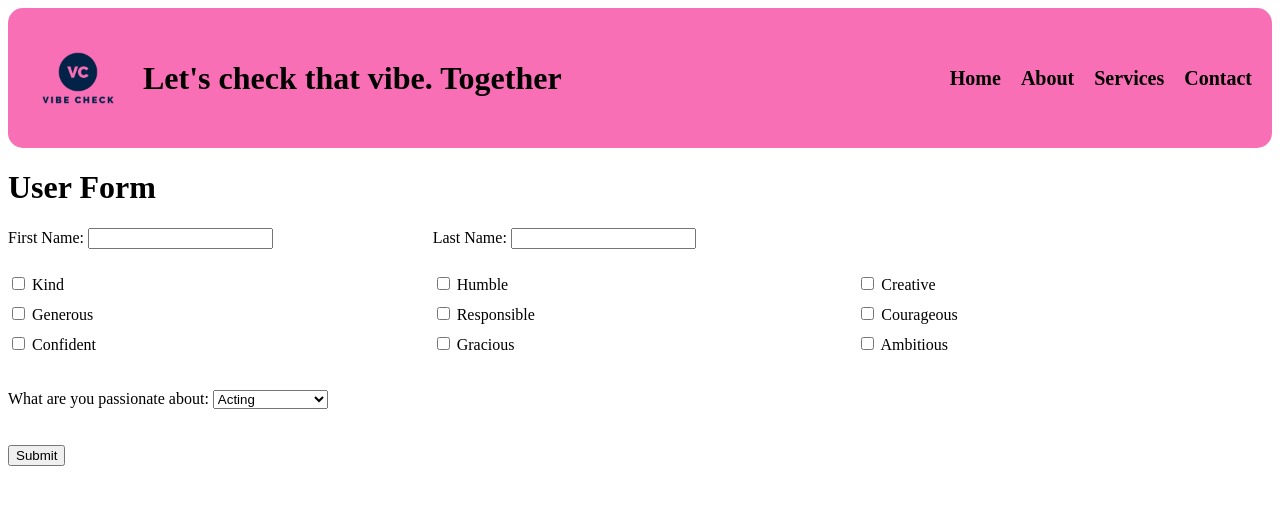
Repository: Chadloswald/Dis-Service
Page: docs/index.html
These files come from the project's save history. The page is drawn as it stood at one moment and after the next save; the edit follows.
The browser window is 1280 px wide. The pictures show the whole page.

Above is the page before, as saved 2023-05-02 10:22:06.

### docs/index.html
<!DOCTYPE html>
<html>
<head>
	<title>Dis-Service</title>
	<link rel="stylesheet" type="text/css" href="styles.css">
	<script src="scripts.js"></script>
</head>
<body>
	<header>
		<div class="logo">
		  <img src="logo.jpeg" alt="Logo">
		  <h1>Let's check that vibe. Together</h1>
		</div>
		<nav>
		  <ul>
			<li><a href="#">Home</a></li>
			<li><a href="#">About</a></li>
			<li><a href="#">Services</a></li>
			<li><a href="#">Contact</a></li>
		  </ul>
		</nav>
	  </header>
	<h1>User Form</h1>

	<form>
	<div id="checkbox-grid">
		<label>
			First Name:
			<input type="text" name="firstname" id="firstname">
		</label>
		<label>
			Last Name:
			<input type="text" name="lastname" id="lastname">
		</label>
		<br><br>
		<!-- ----------------------------------------- -->
		<label>
			<input type="checkbox" name="option1" value="cruel">
			Kind
		</label>
		<label>
			<input type="checkbox" name="option2" value="arrogant">
			Humble
		</label>
		<label>
			<input type="checkbox" name="option3" value="mundane">
			Creative
		</label>
		<label>
			<input type="checkbox" name="option4" value="greedy">
			Generous
		</label>
		<label>
			<input type="checkbox" name="option5" value="irressponsible">
			Responsible
		</label>
		<label>
			<input type="checkbox" name="option6" value="cowardly">
			Courageous
		</label>
		<label>
			<input type="checkbox" name="option7"value="insecure">
			Confident
		</label>
		<label>
			<input type="checkbox" name="option8" value="ungrateful">
			Gracious
		</label>
		<label>
			<input type="checkbox" name="option9" value="apathetic">
			Ambitious
		</label>
	</div>
	<br><br>
		<!-- ------------------------------------------------- -->
		<label>
			What are you passionate about:
			<select id="dropdown">
				<option value="you on stage makes Kristen Stewart's performance in Twilight look Oscar worthy">Acting</option>
				<option value="we checked your chart and your big three are all in ugly">Astrology</option>
				<option value="the next time you get our your telescope I'm going to shine a flashlight right down the tube">Astronomy</option>
				<option value="that bottom is so soggy that Paul Hollywood would never shake your hand">Baking</option>
				<option value="I'm sure your 12 followers are just riveted">Blogging</option>
				<option value="option5">Calligraphy</option>
				<option value="option6">Ceramics</option>
				<option value="option7">Chess</option>
				<option value="option8">Collecting</option>
				<option value="it's called salt! Try using it sometime">Cooking</option>
				<option value="option10">Dancing</option>
				<option value="option10">Drawing</option>
				<option value="option10">Film-making</option>
				<option value="option10">Gardening</option>
				<option value="option10">Hiking</option>
				<option value="option10">Jewelry-making</option>
				<option value="option10">Knitting</option>
				<option value="option10">Meditation</option>
				<option value="option10">Music</option>
				<option value="option10">Painting</option>
				<option value="option10">Photography</option>
				<option value="option10">Playing sports</option>
				<option value="option10">Pottery</option>
				<option value="option10">Reading</option>
				<option value="option10">Running</option>
				<option value="option10">Singing</option>
				<option value="option10">Traveling</option>
				<option value="option10">Volunteering</option>
				<option value="option10">Woodworking</option>
				<option value="option10">Writing</option>
				<option value="option10">Yoga</option>
			</select>
		</label>
		<br><br>
		<input type="submit" value="Submit" onclick="displayMessage()">
	</form>
</body>
</html>

### docs/styles.css
label {
	display: block;
}

#checkbox-grid {
	display: grid;
	grid-template-columns: repeat(3, 1fr);
	grid-gap: 10px;
  }

  #checkbox-grid label {
	display: block;
  }

  header {
	background-color: #f86fb5;
	color: black;
	display: flex;
	justify-content: space-between;
	align-items: center;
	padding: 20px;
	border-radius: 15px;
  }

  .logo {
	display: flex;
	align-items: center;
  }

  .logo img {
	height: 100px;
	margin-right: 15px;
  }

  nav ul {
	display: flex;
	list-style: none;
  }

  nav li {
	margin-left: 20px;
  }

  nav a {
	color: black;
	text-decoration: none;
	font-weight: bold;
	font-size: 20px;
  }

### docs/scripts.js
function displayMessage() {
	// get the values of the input fields
	var firstname = document.getElementById("firstname").value;
	var lastname = document.getElementById("lastname").value;

	// get the values of the selected checkboxes
	var checkboxes = document.querySelectorAll('input[type="checkbox"]:checked');
	var selected = [];
	for (var i = 0; i < checkboxes.length; i++) {
		selected.push(checkboxes[i].value);
	}

	// get the value of the selected option in the dropdown menu
	var dropdown = document.getElementById("dropdown");
	var selectedOption = dropdown.options[dropdown.selectedIndex].value;

	// create an array of names
	var names = ["Smellward", "Poopington", "Fartsman", "Cheesewick", "McLoser", "Hoobitoob", "Cramsworth", "Plooperbum", "Frimblebim", "Feebrizz"];

	// randomly select two names from the array
	var randomIndex1 = Math.floor(Math.random() * names.length);
	var randomIndex2 = Math.floor(Math.random() * names.length);
	while (randomIndex1 === randomIndex2) {
		randomIndex2 = Math.floor(Math.random() * names.length);
	}
	var randomName1 = names[randomIndex1];
	var randomName2 = names[randomIndex2];

	// construct the message
	var message = "Hey " + firstname + " " + lastname + "! Here's a message to cheer you up! You are an " + selected.join(", ") + " little jerk, and " + selectedOption + ". \nYou have lost the right to use the name " + firstname + " " + lastname + ", you nerd. You will be henceforth known as " + randomName1 + " " + randomName2 + ". May shame follow your family for 1000 years.";

	// display the message in an alert box
	alert(message);
}

After the next save:
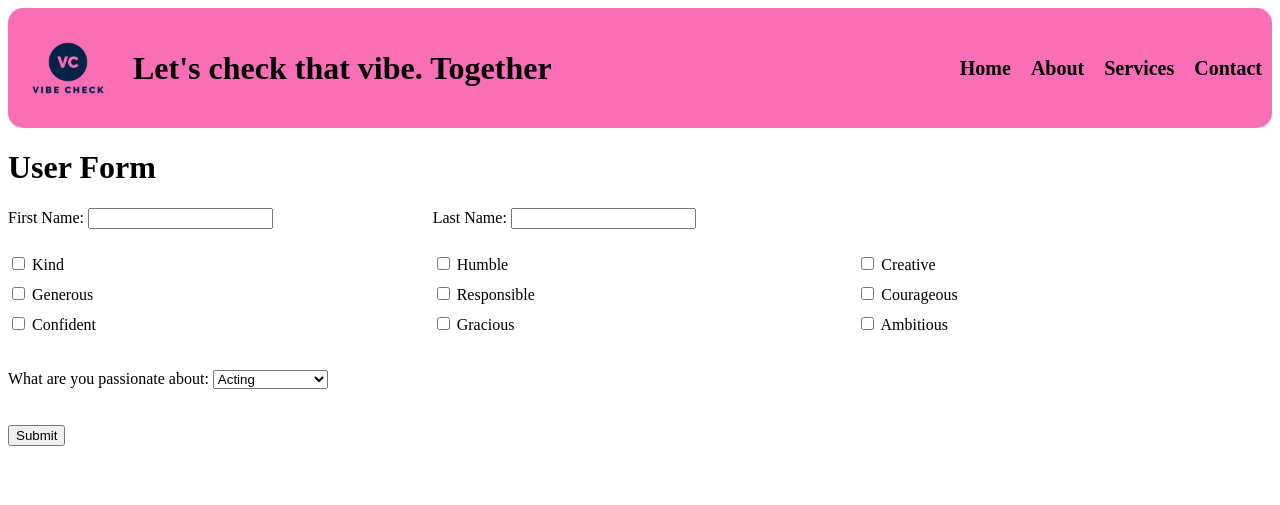
Saved 26 s later.
--- a/docs/styles.css
+++ b/docs/styles.css
@@ -18,7 +18,7 @@ label {
 	display: flex;
 	justify-content: space-between;
 	align-items: center;
-	padding: 20px;
+	padding: 10px;
 	border-radius: 15px;
   }
 
